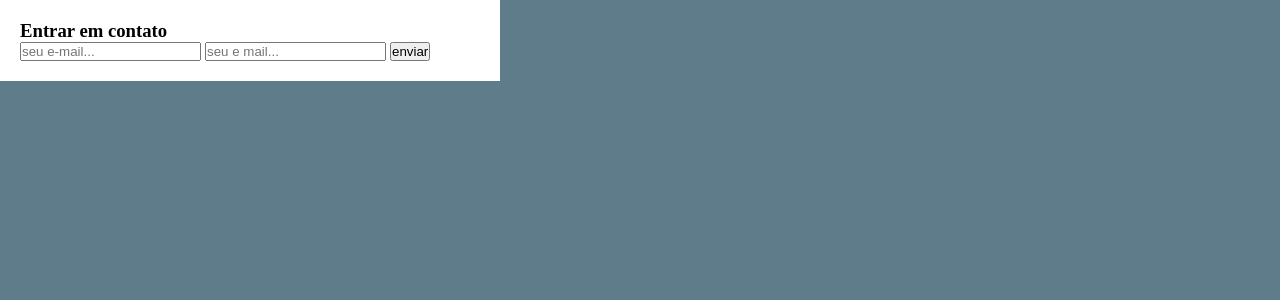
Repository: josceno/Sistema-para-controle-de-experimenta-o-animal
Page: index.html
An editor plug-in stored every save of this project. The page is shown before and after the next save, followed by the edit.
The browser window is 1280 px wide. The pictures show the whole page.

Above is the page before, as saved 2021-09-13 14:51:04.

### index.html
<html>
    <head>
        <title>Form Contato</title>

    </head>
    <style>
        *{margin:0; padding:0;box-sizing: border-box;}
        body
        {
            background-color: #5f7C8A;
        }
        form
        {
            background-color: white;
            max-width: 500px;
            width: 60%;
            padding:20px;

        }
    </style>

    <body>

        <form>
            <h3>Entrar em contato</h3>
            <input type="text" name ="email" placeholder= "seu e-mail..."/>
            <input type = "text" name = "email" placeholder=  "seu e mail..."/>
            <input type =  "submit"name = "acao" value = "enviar"/>
        </form>
    </body>
</html>

After the next save:
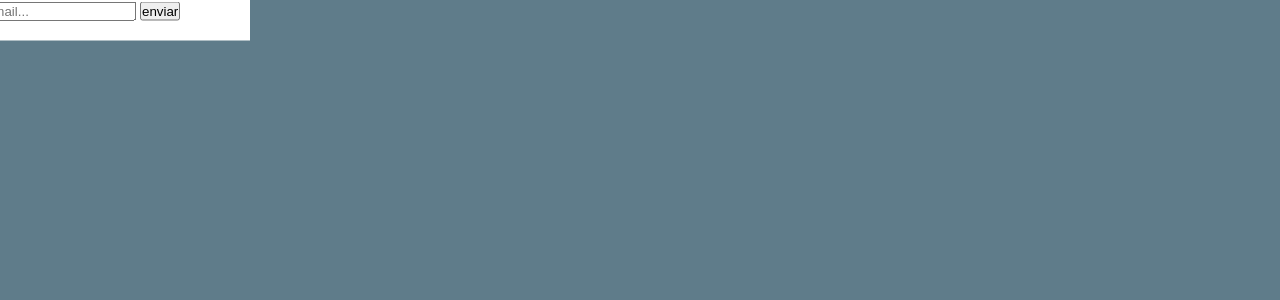
Saved 6 min 7 s later.
--- a/index.html
+++ b/index.html
@@ -15,6 +15,10 @@
             max-width: 500px;
             width: 60%;
             padding:20px;
+            position:absolute;
+            left: "0";
+            top: "0";
+            transform: translate(-50%,-50%);
 
         }
     </style>

After the 5 saves that followed:
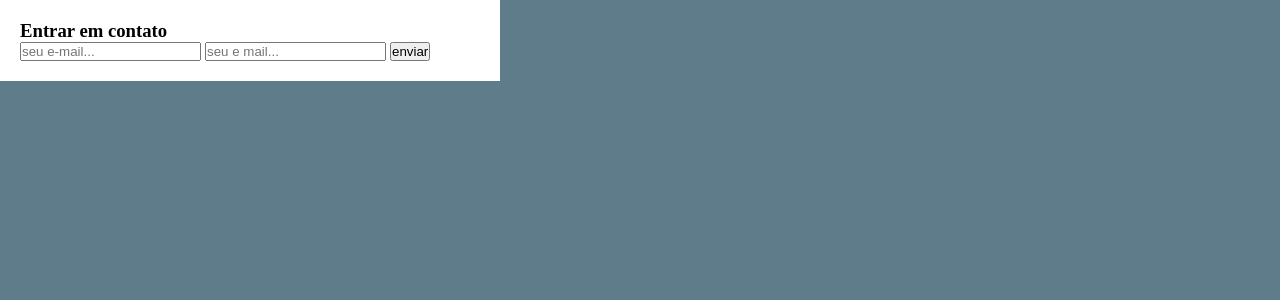
The 5 saves are shown as one change because 4 left the picture as it was.
The last was saved 10 min 50 s later.
--- a/index.html
+++ b/index.html
@@ -13,12 +13,12 @@
         {
             background-color: white;
             max-width: 500px;
-            width: 60%;
+            width: 70%;
             padding:20px;
             position:absolute;
-            left: "0";
-            top: "0";
-            transform: translate(-50%,-50%);
+            left: "50%";
+            top: "50%";
+
 
         }
     </style>
